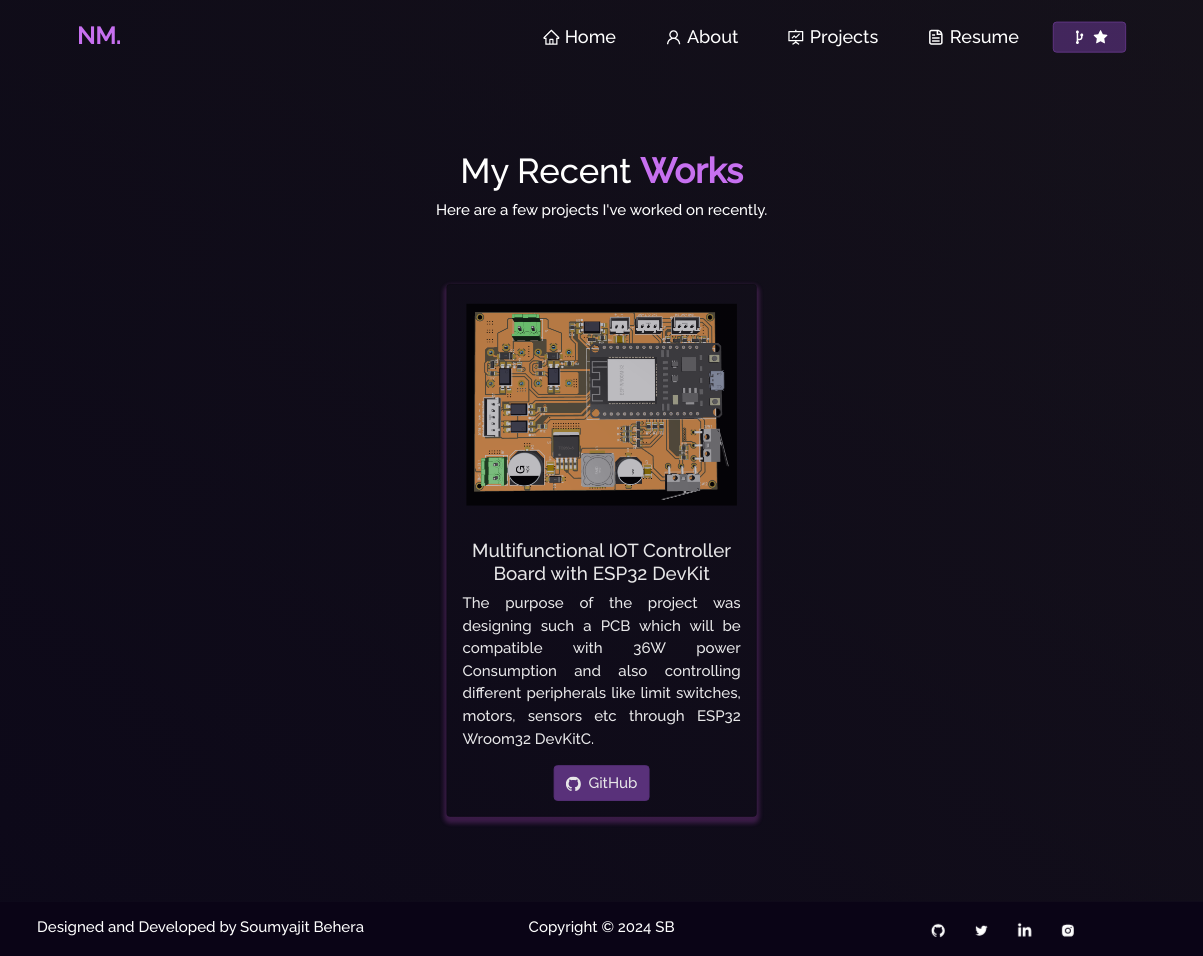
Repository: nenadMarkorvic/personal-website
Page: /project
These files come from the project's save history. The page is drawn as it stood at one moment and after the next save; the edit follows.
The browser window is 1280 px wide. The pictures show the whole page, at 94% of full size.
The project was rebuilt for these pictures with package versions that can differ from the ones it lists, and the page was loaded fresh each time. Also part of the build but not shown: src/components/Home/Home2.js, src/components/Home/Type.js, src/components/Home/Home.js, src/components/About/Github.js, src/components/About/AboutCard.js, src/components/About/Toolstack.js, src/components/About/About.js, src/components/Resume/ResumeNew.js. Imported but missing from the stored project, and not drawn on this page: src/Assets/Nenad Markovic_pcb.pdf.

Above is the page before, as saved 2024-08-29 10:50:22.

After the next save:
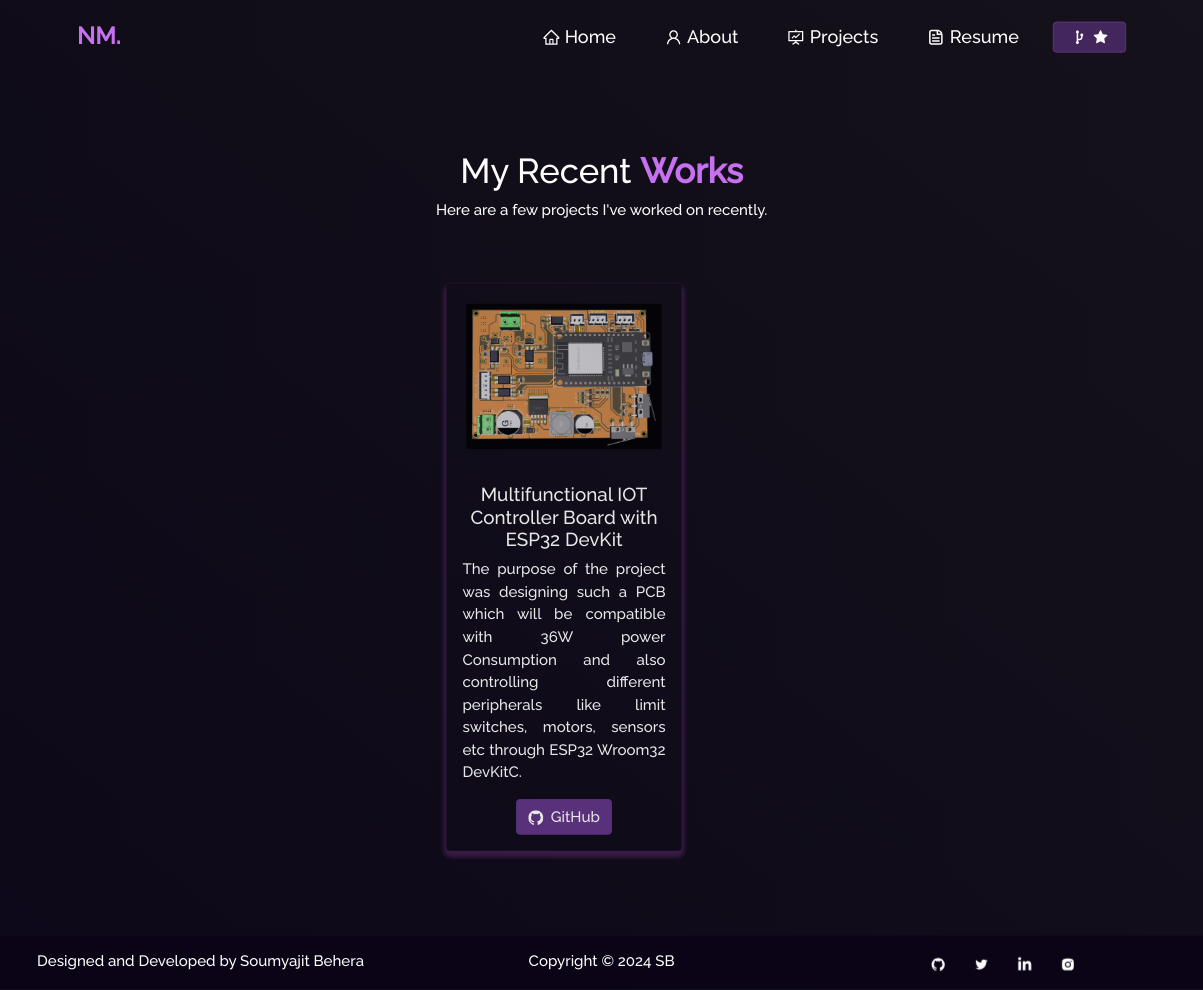
Saved 22 s later.
--- a/src/components/Projects/ProjectCards.js
+++ b/src/components/Projects/ProjectCards.js
@@ -6,7 +6,7 @@
 
 function ProjectCards(props) {
   return (
-    <Card className="project-card-view">
+    <Card className="project-card-view" style={{ width: '250px' }}>
       <Card.Img variant="top" src={props.imgPath} alt="card-img" />
       <Card.Body>
         <Card.Title>{props.title}</Card.Title>
